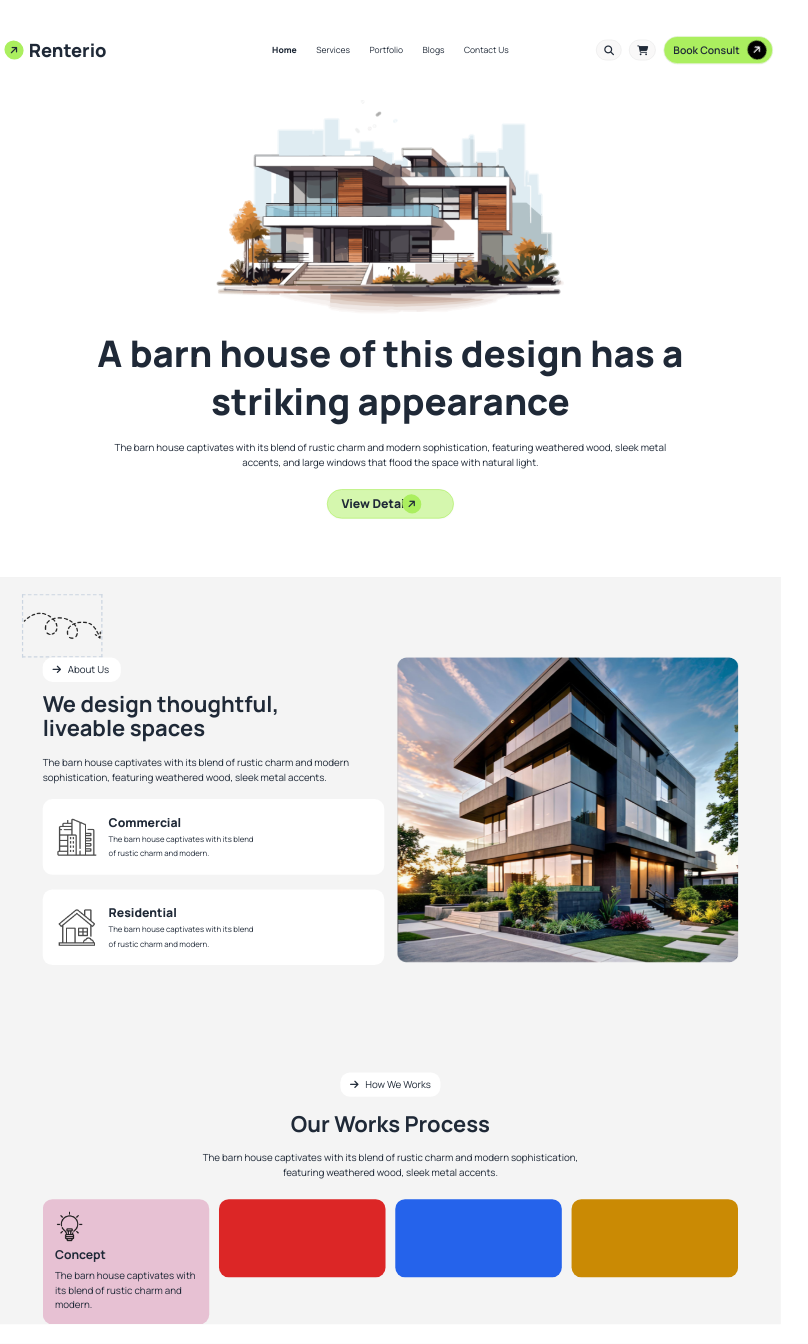
Repository: Tanvir4312/assignment-03
Page: index.html
The author's editor kept a copy of each file at every save. The page is drawn from the files as they stood at one save, then again after the next save.
The browser window is 1280 px wide. The page is 1325 px wide, so the pictures cover 1325 px, including what lies to the right of the window. The pictures show the whole page, at 61% of full size.
Some web libraries are served in a nearby version.

Above is the page before, as saved 2024-10-30 17:25:39.

### index.html
<!DOCTYPE html>
<html lang="en">

<head>
    <meta charset="UTF-8">
    <meta name="viewport" content="width=device-width, initial-scale=1.0">
    <title>Renterio</title>
    <link rel="stylesheet" href="styles/styles.css">
    <!-- DaisyUI -->
    <link href="https://cdn.jsdelivr.net/npm/daisyui@4.12.14/dist/full.min.css" rel="stylesheet" type="text/css" />
    <script src="https://cdn.tailwindcss.com"></script>
    <!-- Icon -->
    <link rel="stylesheet" href="https://cdnjs.cloudflare.com/ajax/libs/font-awesome/6.6.0/css/all.min.css"
        integrity="sha512-Kc323vGBEqzTmouAECnVceyQqyqdsSiqLQISBL29aUW4U/M7pSPA/gEUZQqv1cwx4OnYxTxve5UMg5GT6L4JJg=="
        crossorigin="anonymous" referrerpolicy="no-referrer" />

    <script>
        tailwind.config = {
            theme: {
                extend: {
                    colors: {
                        clifford: '#da373d',
                        bgBtnColor: '#ABEF5F',
                        btnTextAndWorksTextColor: '#1C1C1C',
                        mainColor: '#212121',
                        secondaryColor: '#494949',

                    }
                }
            }
        }
    </script>
</head>

<body class="manrope-font">
    <header>
        <!-- Navbar -->
        <nav class="container mx-auto">
            <div class="navbar relative py-14">
                <div class="navbar-start">
                    <div class="absolute right-0">
                        <div class="dropdown">
                            <div tabindex="0" role="button"
                                class="btn btn-ghost mr-2 lg:hidden border border-[rgba(233,233,233)] rounded-full bg-[#f9f8f8]">
                                <svg xmlns="http://www.w3.org/2000/svg" class="h-5 w-5" fill="none" viewBox="0 0 24 24"
                                    stroke="currentColor">
                                    <path stroke-linecap="round" stroke-linejoin="round" stroke-width="2"
                                        d="M4 6h16M4 12h8m-8 6h16" />
                                </svg>
                            </div>
                            <div class="absolute -left-20">
                                <ul tabindex=""
                                    class="menu menu-sm dropdown-content bg-base-100 rounded-box z-[1] p-2 shadow w-32">
                                    <li><a>Home</a></li>
                                    <li><a>Services</a></li>
                                    <li><a>Portfolio</a></li>
                                    <li><a>Blogs</a></li>
                                    <li><a>Contact Us</a></li>
                                </ul>
                            </div>
                        </div>
                    </div>
                    <i class="fa-solid fa-arrow-right -rotate-45 bg-bgBtnColor p-2 rounded-full	"></i>
                    <a class="btn btn-ghost font-extrabold text-3xl pl-2">Renterio</a>
                </div>
                <div class="navbar-center hidden lg:flex">
                    <ul class="menu menu-horizontal px-1">
                        <li><a class="font-extrabold">Home</a></li>
                        <li><a>Services</a></li>
                        <li><a>Portfolio</a></li>
                        <li><a>Blogs</a></li>
                        <li><a>Contact Us</a></li>
                    </ul>
                </div>

                <div class="navbar-end hidden md:block">
                    <div class="flex justify-end">
                        <div class="flex items-center gap-3 mr-2">
                            <div class="px-3 py-1 border border-[rgba(233,233,233)] rounded-full bg-[#f9f8f8]">
                                <i class="fa-solid fa-magnifying-glass"></i>
                            </div>
                            <div class="px-3 py-1 border border-[rgba(233,233,233)] rounded-full bg-[#f9f8f8]">
                                <i class="fa-solid fa-cart-shopping"></i>
                            </div>
                        </div>
                        <div class="relative ">
                            <button class="btn bg-bgBtnColor rounded-3xl pr-14 text-lg font-semibold">Book
                                Consult</button>
                            <i
                                class="fa-solid fa-arrow-right -rotate-45 bg-black text-white p-2 rounded-full absolute top-2 right-4 "></i>
                        </div>
                    </div>
                </div>
            </div>
        </nav>
        <!-- Banner -->
        <section class="banner text-center">
            <!-- Banner Image -->
            <div class="flex justify-center px-14">
                <img src="./assets/banner.png" alt="">
            </div>
            <!-- Banner Text -->
            <div class="mt-6">
                <h1 class="text-3xl md:text-6xl font-extrabold md:leading-[80px]">A barn house of this design
                    has a <br>striking appearance
                </h1>
                <p class="mt-6 mb-8 px-5">The barn house captivates with its blend of rustic charm and modern
                    sophistication,
                    featuring weathered wood, sleek metal <br> accents, and large windows that flood the space with
                    natural light.</p>
                <!-- Banner Button -->
                <div class="relative flex px-2 md:justify-center md:items-center">
                    <div class="w-full text-start md:text-center">
                        <button
                            class="btn border border-[rgba(171,239,95)] bg-[rgba(171,239,95,0.5)] rounded-3xl mainColor text-xl font-extrabold pr-14 l w-full md:w-52">View
                            Details</button>
                    </div>
                    <div>
                        <i
                            class="fa-solid fa-arrow-right -rotate-45 bg-bgBtnColor p-2 rounded-full absolute bottom-2 right-[590px]"></i>

                        <i
                            class="md:hidden absolute top-3 right-20 fa-solid fa-arrow-right -rotate-45 bg-bgBtnColor p-2 rounded-full"></i>
                    </div>
                </div>
            </div>
        </section>
    </header>

    <main class="bg-[#F4F4F4]">
        <!-- Commercial and Residential Section -->
        <section class="bg-[#F4F4F4] md:my-24 my-5 pt-7 pb-5 md:pb-20">
            <!-- Vector Image -->
            <img class="hidden md:block border-dashed border-2 border-slate-300 py-7 ml-9" src="./assets/Vector.png"
                alt="">
            <div class="md:w-[1140px] mx-auto grid md:grid-cols-2 grid-cols-1 gap-5 p-4 md:p-0">
                <div>
                    <!-- About Us Button -->
                    <div class="flex justify-center md:flex-col">
                        <div class="bg-white w-32 py-2 px-4 rounded-2xl">
                            <i class="fa-solid fa-arrow-right pr-2"></i>
                            <button>About Us</button>
                        </div>
                    </div>
                    <!-- Text -->
                    <div class="mt-4 md:text-start text-center">
                        <h1 class="text-2xl md:text-4xl font-bold mainColor mb-6">We design thoughtful, <br> liveable
                            spaces
                        </h1>
                        <p class="secondaryColor">The barn house captivates with its blend of rustic charm and
                            modern sophistication, featuring weathered wood, sleek metal accents.</p>
                    </div>

                    <div class="flex md:items-center gap-5 my-6 bg-white p-6 rounded-2xl">
                        <!-- Image -->
                        <div>
                            <img src="./assets/commercial.png" alt="">
                        </div>
                        <!-- Text -->
                        <div>
                            <h3 class="text-xl font-extrabold">Commercial</h3>
                            <p><small>The barn house captivates with its blend <br> of rustic charm and modern.</small>
                            </p>
                        </div>
                    </div>
                    <div class="flex md:items-center gap-5 bg-white p-6 rounded-2xl">
                        <!-- Image -->
                        <div>
                            <img src="./assets/residential.png" alt="">
                        </div>
                        <!-- Text -->
                        <div>
                            <h3 class="text-xl font-extrabold">Residential</h3>
                            <p><small>The barn house captivates with its blend <br> of rustic charm and modern.</small>
                            </p>
                        </div>
                    </div>

                </div>
                <!-- Image -->
                <div>
                    <img class="h-60 w-full md:h-[500px]" src="./assets/Rectangle.png" alt="">
                </div>
            </div>
        </section>

        <!-- Works Process section -->
        <section class="md:w-[1140px] mx-auto px-4 md:px-0">
            <div class="flex justify-center">
                <div class="bg-white py-2 px-4 rounded-2xl">
                    <i class="fa-solid fa-arrow-right pr-2"></i>
                    <button>How We Works</button>
                </div>
            </div>
            <div class="text-center">
                <h1 class="py-4 md:py-6 text-2xl md:text-4xl font-bold">Our Works Process</h1>
                <p>The barn house captivates with its blend of rustic charm and modern sophistication, <br> featuring
                    weathered wood, sleek metal accents.</p>
            </div>
            <div class="card grid grid-cols-1 md:grid-cols-4 gap-4 my-8">
                <div class="bg-[rgba(231,193,211)] rounded-2xl p-5">
                    <img src="./assets/concept.png" alt="">
                    <h4 class="py-2 text-xl font-bold">Concept</h4>
                    <p>The barn house captivates with its blend of rustic charm and modern.</p>
                </div>
                <div class="bg-red-600 h-32 rounded-2xl"></div>
                <div class="bg-blue-600 h-32 rounded-2xl"></div>
                <div class="bg-yellow-600 h-32 rounded-2xl"></div>
            </div>
        </section>
    </main>

</body>

</html>

### styles/styles.css
/* Font */
@import url('https://fonts.googleapis.com/css2?family=Manrope:wght@200..800&display=swap');


.manrope-font {
  font-family: "Manrope", sans-serif;


}

After the next save:
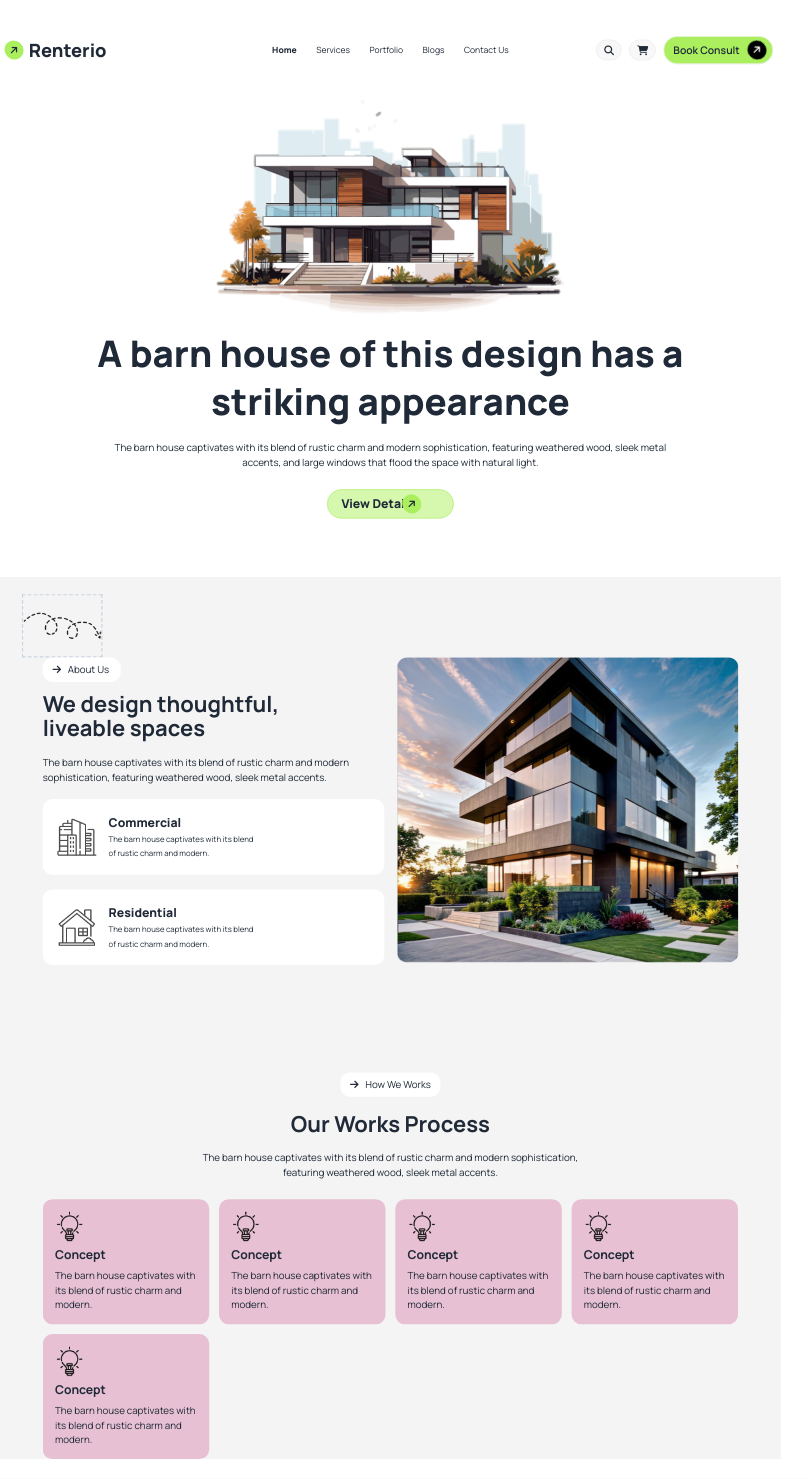
Saved 31 s later.
--- a/index.html
+++ b/index.html
@@ -203,9 +203,27 @@
                     <h4 class="py-2 text-xl font-bold">Concept</h4>
                     <p>The barn house captivates with its blend of rustic charm and modern.</p>
                 </div>
-                <div class="bg-red-600 h-32 rounded-2xl"></div>
-                <div class="bg-blue-600 h-32 rounded-2xl"></div>
-                <div class="bg-yellow-600 h-32 rounded-2xl"></div>
+                <div class="bg-[rgba(231,193,211)] rounded-2xl p-5">
+                    <img src="./assets/concept.png" alt="">
+                    <h4 class="py-2 text-xl font-bold">Concept</h4>
+                    <p>The barn house captivates with its blend of rustic charm and modern.</p>
+                </div>
+                <div class="bg-[rgba(231,193,211)] rounded-2xl p-5">
+                    <img src="./assets/concept.png" alt="">
+                    <h4 class="py-2 text-xl font-bold">Concept</h4>
+                    <p>The barn house captivates with its blend of rustic charm and modern.</p>
+                </div>
+                <div class="bg-[rgba(231,193,211)] rounded-2xl p-5">
+                    <img src="./assets/concept.png" alt="">
+                    <h4 class="py-2 text-xl font-bold">Concept</h4>
+                    <p>The barn house captivates with its blend of rustic charm and modern.</p>
+                </div>
+                <div class="bg-[rgba(231,193,211)] rounded-2xl p-5">
+                    <img src="./assets/concept.png" alt="">
+                    <h4 class="py-2 text-xl font-bold">Concept</h4>
+                    <p>The barn house captivates with its blend of rustic charm and modern.</p>
+                </div>
+
             </div>
         </section>
     </main>
